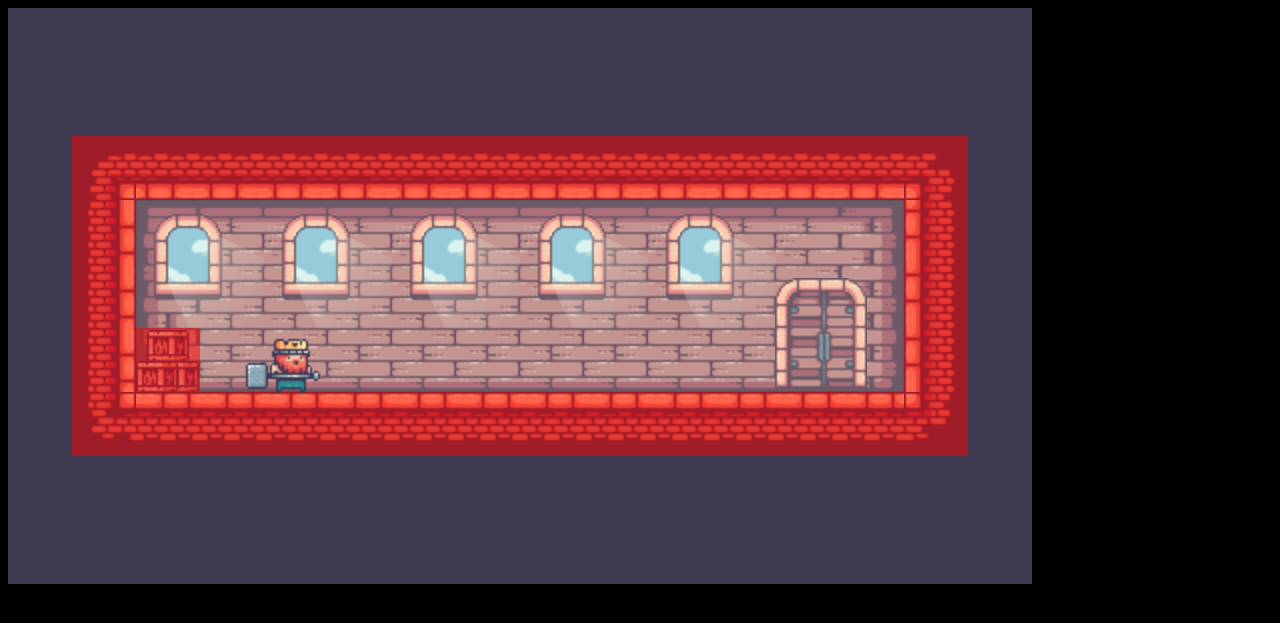
Repository: kassemKu/vanilla_kings_and_pigs
Page: index.html
The author's editor kept a copy of each file at every save. The page is drawn from the files as they stood at one save, then again after the next save.
The browser window is 1280 px wide. The pictures show the whole page.

Above is the page before, as saved 2022-11-12 22:11:37.

### index.html
<!DOCTYPE html>
<html lang="en">

<head>
  <meta charset="UTF-8" />
  <meta http-equiv="X-UA-Compatible" content="IE=edge" />
  <meta name="viewport" content="width=device-width, initial-scale=1.0" />
  <title>Platform</title>
</head>
<style>
  body {
    background-color: black;
    overflow: hidden;
  }
</style>

<body>
  <canvas></canvas>

  <script src="https://cdnjs.cloudflare.com/ajax/libs/gsap/3.11.3/gsap.min.js"
    integrity="sha512-gmwBmiTVER57N3jYS3LinA9eb8aHrJua5iQD7yqYCKa5x6Jjc7VDVaEA0je0Lu0bP9j7tEjV3+1qUm6loO99Kw=="
    crossorigin="anonymous" referrerpolicy="no-referrer"></script>
  <script src="./js/utils.js"></script>
  <script src="./js/data/collisions.js"></script>
  <script src="./js/classes/CollisionBlock.js"></script>
  <script src="./js/classes/Sprite.js"></script>
  <script src="./js/classes/Player.js"></script>
  <script src="./js/eventListener.js"></script>
  <script src="./main.js"></script>
</body>

</html>

### js/utils.js
Array.prototype.parse2D = function () {
  const rows = [];
  for (let i = 0; i < this.length; i += 16) {
    rows.push(this.slice(i, i + 16));
  }

  return rows;
};

Array.prototype.createObjectFrom2D = function () {
  const objects = [];
  this.forEach((row, y) => {
    row.forEach((symbol, x) => {
      if (symbol === 292) {
        // push a new collision into collisionBlocks array
        objects.push(
          new CollisionBlock({
            position: {
              x: x * 64,
              y: y * 64,
            },
          })
        );
      }
    });
  });

  return objects;
};

### js/data/collisions.js
const collisionsLevel1 = [
  0, 0, 0, 0, 0, 0, 0, 0, 0, 0, 0, 0, 0, 0, 0, 0, 0, 0, 0, 0, 0, 0, 0, 0, 0, 0,
  0, 0, 0, 0, 0, 0, 0, 292, 292, 292, 292, 292, 292, 292, 292, 292, 292, 292,
  292, 292, 292, 0, 0, 292, 0, 0, 0, 0, 0, 0, 0, 0, 0, 0, 0, 0, 292, 0, 0, 292,
  0, 0, 0, 0, 0, 0, 0, 0, 0, 0, 0, 0, 292, 0, 0, 292, 292, 0, 0, 0, 0, 0, 0, 0,
  0, 0, 0, 0, 292, 0, 0, 292, 292, 292, 292, 292, 292, 292, 292, 292, 292, 292,
  292, 292, 292, 0, 0, 0, 0, 0, 0, 0, 0, 0, 0, 0, 0, 0, 0, 0, 0, 0, 0, 0, 0, 0,
  0, 0, 0, 0, 0, 0, 0, 0, 0, 0, 0, 0,
];

### js/classes/CollisionBlock.js
class CollisionBlock {
  constructor({ position }) {
    this.position = position;
    this.width = 64;
    this.height = 64;
  }

  draw() {
    c.fillStyle = "rgba(255, 0, 0, 0.5)";
    c.fillRect(this.position.x, this.position.y, this.width, this.height);
  }
}

### js/classes/Sprite.js
class Sprite {
  constructor({
    position,
    imageSrc,
    frameRate = 1,
    animations,
    frameBuffer = 2,
    loop = true,
    autoplay = true
  }) {
    this.position = position;
    this.image = new Image();
    this.image.onload = () => {
      this.loaded = true;
      this.width = this.image.width / this.frameRate;
      this.height = this.image.height;
    };
    this.image.src = imageSrc;
    this.loaded = false;
    this.frameRate = frameRate;
    this.currentFrame = 0;
    this.elapsedFrames = 0;
    this.frameBuffer = frameBuffer;
    this.animations = animations;
    this.loop = loop
    this.autoplay = autoplay
    this.currentAnimation

    if (this.animations) {
      for (let key in this.animations) {
        const image = new Image();
        image.src = this.animations[key].imageSrc;
        this.animations[key].image = image;
      }
    }
  }
  draw() {
    if (!this.loaded) return;
    const cropbox = {
      position: {
        x: this.width * this.currentFrame,
        y: 0,
      },
      width: this.width,
      height: this.height,
    };

    c.drawImage(
      this.image,
      cropbox.position.x,
      cropbox.position.y,
      cropbox.width,
      cropbox.height,
      this.position.x,
      this.position.y,
      this.width,
      this.height
    );

    this.updateFrames();
  }

  play() {
    this.autoplay = true
  }

  updateFrames() {
    if (!this.autoplay) return

    this.elapsedFrames++;

    if (this.elapsedFrames % this.frameBuffer === 0) {
      if (this.currentFrame < this.frameRate - 1) this.currentFrame++;
      else if(this.loop) this.currentFrame = 0;
    }

    if (this.currentAnimation?.onComplete) {
      if (this.currentFrame === this.frameRate - 1 && !this.currentAnimation.isActive) {
      this.currentAnimation.onComplete()
      this.currentAnimation.isActive = true
      }
    }
  }

}

### js/classes/Player.js
class Player extends Sprite {
  constructor({ collisionBlocks = [], imageSrc, frameRate, animations, loop }) {
    super({ imageSrc, frameRate, animations, loop });
    this.position = {
      x: 200,
      y: 200,
    };

    this.velocity = {
      x: 0,
      y: 0,
    };

    this.sides = {
      bottom: this.position.y + this.height,
    };
    this.gravity = 1;

    this.collisionBlocks = collisionBlocks;
  }

  update() {
    // this is blue box
    // c.fillStyle = "rgba(0, 0, 255, 0.5)";
    // c.fillRect(this.position.x, this.position.y, this.width, this.height);
    this.position.x += this.velocity.x;

    this.updateHitbox();

    this.checkForHorizontalCollisions();
    this.applyGravity();

    this.updateHitbox();

    // c.fillRect(
    //   this.hitbox.position.x,
    //   this.hitbox.position.y,
    //   this.hitbox.width,
    //   this.hitbox.height
    // );
    this.checkForVerticalCollisions();
  }

  handleInput(keys) {
    if (player.preventInput) return
  player.velocity.x = 0;
  if (keys.d.pressed) {
    this.switchSprite("runRight");
    this.velocity.x = 5;
    this.lastDirection = "right";
  } else if (keys.a.pressed) {
    this.switchSprite("runLeft");
    this.velocity.x = -5;
    this.lastDirection = "left";
  } else {
    if (this.lastDirection === "left") this.switchSprite("idleLeft");
    else this.switchSprite("idleRight");
  }
  }

  switchSprite(name) {
    if (this.image === this.animations[name].image) return;
    this.currentFrame = 0;
    this.image = this.animations[name].image;
    this.frameRate = this.animations[name].frameRate;
    this.frameBuffer = this.animations[name].frameBuffer;
    this.loop = this.animations[name].loop;
    this.currentAnimation = this.animations[name]
  }

  updateHitbox() {
    this.hitbox = {
      position: {
        x: this.position.x + 58,
        y: this.position.y + 34,
      },
      width: 50,
      height: 53,
    };
  }

  checkForHorizontalCollisions() {
    for (let i = 0; i < this.collisionBlocks.length; i++) {
      const collisionBlock = this.collisionBlocks[i];

      // if a collision exists
      if (
        this.hitbox.position.x <=
          collisionBlock.position.x + collisionBlock.width &&
        this.hitbox.position.x + this.hitbox.width >=
          collisionBlock.position.x &&
        this.hitbox.position.y + this.hitbox.height >=
          collisionBlock.position.y &&
        this.hitbox.position.y <=
          collisionBlock.position.y + collisionBlock.height
      ) {
        // collision on x axis going to the left
        if (this.velocity.x < -0) {
          const offset = this.hitbox.position.x - this.position.x;
          this.position.x =
            collisionBlock.position.x + collisionBlock.width - offset + 0.01;
          break;
        }
        if (this.velocity.x > 0) {
          const offset =
            this.hitbox.position.x - this.position.x + this.hitbox.width;
          this.position.x = collisionBlock.position.x - offset - 0.01;
          break;
        }
      }
    }
  }
  applyGravity() {
    this.velocity.y += this.gravity;
    this.position.y += this.velocity.y;
  }

  checkForVerticalCollisions() {
    // check for vertical collisions
    for (let i = 0; i < this.collisionBlocks.length; i++) {
      const collisionBlock = this.collisionBlocks[i];
      // if a collision exists
      if (
        this.hitbox.position.x <=
          collisionBlock.position.x + collisionBlock.width &&
        this.hitbox.position.x + this.hitbox.width >=
          collisionBlock.position.x &&
        this.hitbox.position.y + this.hitbox.height >=
          collisionBlock.position.y &&
        this.hitbox.position.y <=
          collisionBlock.position.y + collisionBlock.height
      ) {
        if (this.velocity.y < 0) {
          this.velocity.y = 0;
          const offset = this.hitbox.position.y - this.position.y;
          this.position.y =
            collisionBlock.position.y + collisionBlock.height - offset + 0.01;
          break;
        }

        if (this.velocity.y > 0) {
          this.velocity.y = 0;
          const offset =
            this.hitbox.position.y - this.position.y + this.hitbox.height;
          this.position.y = collisionBlock.position.y - offset - 0.01;
          break;
        }
      }
    }
  }
}

### js/eventListener.js
window.addEventListener("keydown", (event) => {
  if (player.preventInput) return
  switch (event.key) {
    case " ":

    for (let i = 0; i < doors.length; i++) {
      const door = doors[i]

      if (
        player.hitbox.position.x + player.hitbox.width <=
        door.position.x + door.width &&
      player.hitbox.position.x  >=
        door.position.x &&
      player.hitbox.position.y + player.hitbox.height >=
        door.position.y &&
      player.hitbox.position.y <=
        door.position.y + door.height
        ) {
          player.velocity.x = 0
          player.velocity.y = 0
          player.preventInput = true
          player.switchSprite('enterDoor')
          door.play()
          return
        }
    }
      if (player.velocity.y === 0) player.velocity.y = -25;

      break;
    case "ArrowLeft":
      // move player to left
      keys.a.pressed = true;
      break;
    case "ArrowRight":
      // move player to right
      keys.d.pressed = true;
      break;
  }
});

window.addEventListener("keyup", (event) => {
  switch (event.key) {
    case "ArrowUp":
      keys.w.pressed = false;

      break;
    case "ArrowLeft":
      // move player to left
      keys.a.pressed = false;
      break;
    case "ArrowRight":
      // move player to right
      keys.d.pressed = false;
      break;
  }
});

### main.js
const canvas = document.querySelector("canvas");
const c = canvas.getContext("2d");

canvas.width = 64 * 16; // 1024
canvas.height = 64 * 9; // 576

let parsedCollisions
let collisionBlocks
let background
let doors
const player = new Player({
  imageSrc: "./img/king/idle.png",
  frameRate: 11,
  animations: {
    idleRight: {
      frameRate: 11,
      frameBuffer: 2,
      loop: true,
      imageSrc: "./img/king/idle.png",
    },
    idleLeft: {
      frameRate: 11,
      frameBuffer: 2,
      loop: true,
      imageSrc: "./img/king/idleLeft.png",
    },
    runRight: {
      frameRate: 8,
      frameBuffer: 4,
      loop: true,
      imageSrc: "./img/king/runRight.png",
    },
    runLeft: {
      frameRate: 8,
      frameBuffer: 4,
      loop: true,
      imageSrc: "./img/king/runLeft.png",
    },
    enterDoor: {
      frameRate: 8,
      frameBuffer: 4,
      loop: false,
      imageSrc: "./img/king/enterDoor.png",
      onComplete: () => {
        console.log('completed animation');
        gsap.to(overlay, {
          opacity: 1,
          onComplete: () => {
            level++
            levels[level].init()
            gsap.to(overlay, {
              opacity: 0
            })
          }
        })
      }
    },
  },
});

let level = 1
let levels = {
  1: {
    init: () => {
      parsedCollisions = collisionsLevel1.parse2D();
      collisionBlocks = parsedCollisions.createObjectFrom2D();
      player.collisionBlocks = collisionBlocks

      background = new Sprite({
        position: {
          x: 0,
          y: 0,
        },
        imageSrc: "./img/backgroundLevel1.png",
      });

      doors = [
        new Sprite({
          position: {
            x: 767,
            y: 270,
          },
          imageSrc: "./img/doorOpen.png",
          frameRate: 5,
          frameBuffer: 5,
          loop: false,
          autoplay: false
        }),
      ];
    }
  },
  2: {
    init: () => {
      parsedCollisions = collisionsLevel1.parse2D();
      collisionBlocks = parsedCollisions.createObjectFrom2D();
      player.collisionBlocks = collisionBlocks

      background = new Sprite({
        position: {
          x: 0,
          y: 0,
        },
        imageSrc: "./img/backgroundLevel2.png",
      });

      doors = [
        new Sprite({
          position: {
            x: 782.00,
            y: 336,
          },
          imageSrc: "./img/doorOpen.png",
          frameRate: 5,
          frameBuffer: 5,
          loop: false,
          autoplay: false
        }),
      ];
    }
  }
}





const keys = {
  w: {
    pressed: false,
  },
  a: {
    pressed: false,
  },
  d: {
    pressed: false,
  },
};

const overlay = {
  opacity: 0
}

function animate() {
  window.requestAnimationFrame(animate);

  background.draw();
  collisionBlocks.forEach((collisionBlock) => {
    collisionBlock.draw();
  });

  doors.forEach((door) => {
    door.draw();
  });

  player.handleInput(keys)
  player.draw();
  player.update();

  c.save()
  c.globalAlpha = overlay.opacity
  c.fillStyle = 'black'
  c.fillRect(0,0,canvas.width, canvas.height)
  c.restore()
}

levels[level].init()
animate();

After the next save:
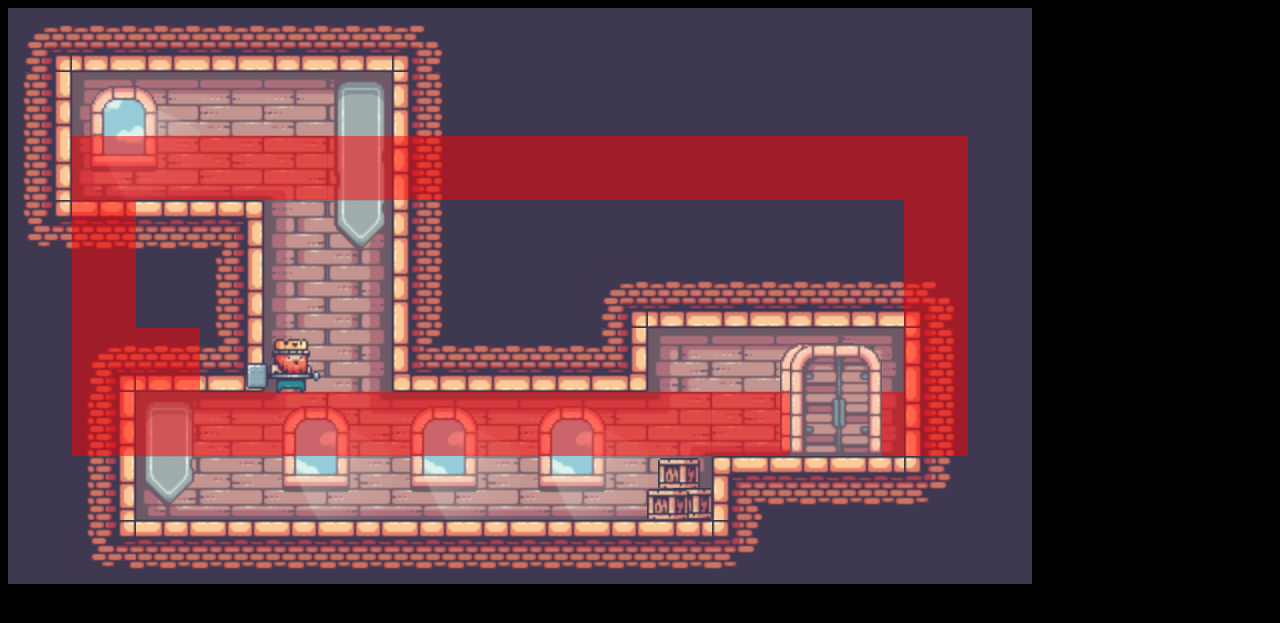
Saved 43 s later.
--- a/main.js
+++ b/main.js
@@ -58,7 +58,7 @@ const player = new Player({
   },
 });
 
-let level = 1
+let level = 2
 let levels = {
   1: {
     init: () => {
